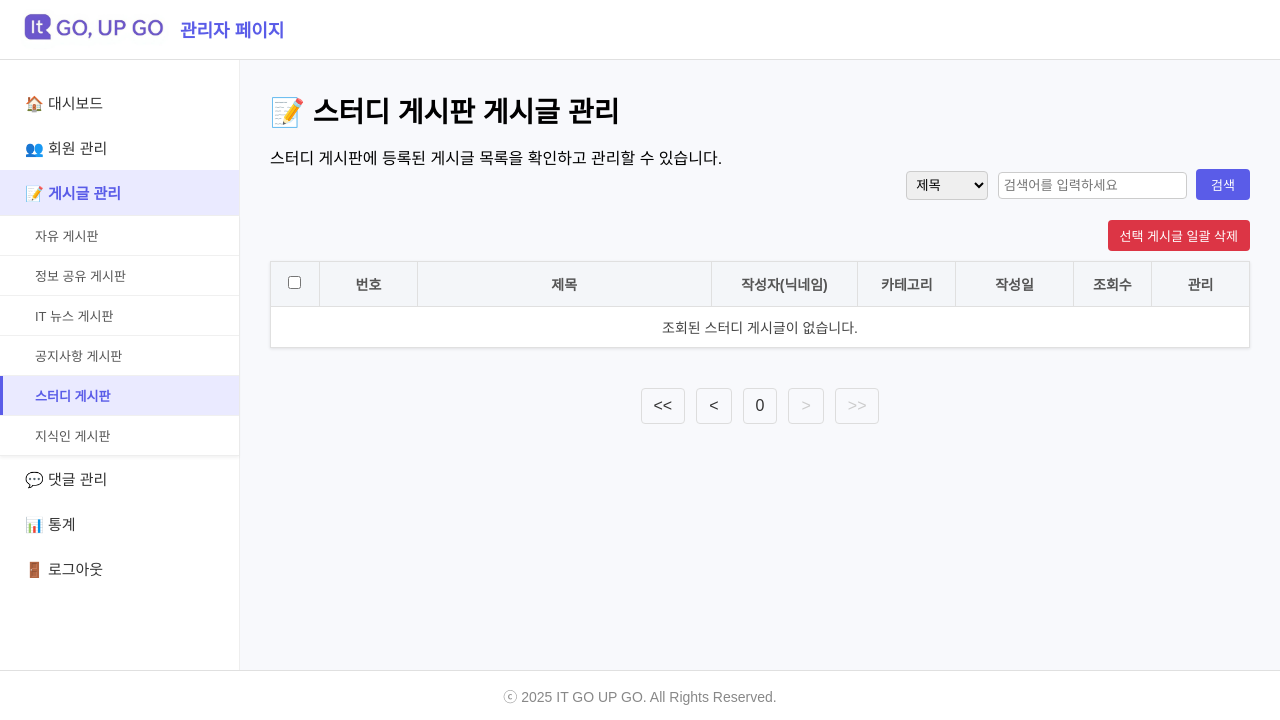
Repository: virtue5321/itgoupgo
Page: http://localhost/ITGOUPGO/WEB-INF/views/admin/studyBbsManage.jsp
An editor plug-in stored every save of this project. The page is shown before and after the next save, followed by the edit.
The browser window is 1280 px wide. The pictures show the whole page.
The page is served by Tomcat 10. Nobody is signed in. Other server files are loaded and not shown. The template is opened directly, without the code that normally fills it, so the values that code supplies are empty.

Above is the page before, as saved 2025-10-31 05:01:26.

### ITGOUPGO/src/main/webapp/WEB-INF/views/admin/studyBbsManage.jsp
<%@ page language="java" contentType="text/html; charset=UTF-8" pageEncoding="UTF-8"%>
<%@ taglib prefix="c" uri="jakarta.tags.core" %>
<%@ taglib prefix="fmt" uri="http://java.sun.com/jsp/jstl/fmt" %>

<!DOCTYPE html>
<html lang="ko">
<head>
    <meta charset="UTF-8">
    <title>스터디 게시판 관리</title>

    <link rel="stylesheet" href="<c:url value="/resources/css/adminStyle.css" />">
    <style>
        /* [UI 통일] IT 뉴스 게시판과 동일한 삭제 행 스타일 적용 */
        .deleted-post {
            background-color: #f8f8f8;
            color: #999;
        }
        .deleted-post a, .deleted-post .text-danger, .deleted-post .text-secondary {
            color: #999 !important;
        }
        .text-start { text-align: left; }
        .search-area { display: flex; justify-content: flex-end; margin-bottom: 20px; }
        .search-select, .search-input { padding: 5px; margin-right: 5px; border: 1px solid #ccc; border-radius: 4px; }
        .btn-search { background-color: #5a5ce8; color: white; border: none; padding: 6px 15px; cursor: pointer; border-radius: 4px; }
        .btn-search:hover { background-color: #4a4ce0; }

        /* 페이징 스타일 (IT 뉴스 게시판의 스타일이 adminStyle.css에 없다고 가정하고 기존 스타일 유지) */
        .pagination-container { display: flex; justify-content: center; padding: 20px 0; gap: 5px; }
        .pagination-container a, .pagination-container span { padding: 8px 12px; text-decoration: none; color: #333; border: 1px solid #ddd; border-radius: 4px; transition: background-color 0.3s; }
        .pagination-container a:hover { background-color: #f0f0f0; }
        .pagination-container .active { background-color: #5a5ce8; color: white; border-color: #5a5ce8; }
        .pagination-container .disabled { color: #ccc; cursor: default; }
    </style>
</head>
<body>

    <header>
        <div class="logo">
            <img src="<c:url value="/resources/images/logo1.PNG" />" width="80">
            관리자 페이지
        </div>
    </header>

    <div class="layout">
        <%-- ✅ 사이드바: 스터디 게시판 활성화 --%>
        <aside class="sidebar">
            <ul>
                <li><a href="<c:url value="/admin/dashboard" />">🏠 대시보드</a></li>
                <li><a href="<c:url value="/admin/member" />">👥 회원 관리</a></li>

                <li id="postManageMenu" class="menu-open">
                    <a href="javascript:void(0);" class="active" onclick="toggleSubmenu('postManageMenu')">📝 게시글 관리</a>

                    <ul class="submenu">
                        <li><a href="<c:url value="/admin/freeBbsManage" />">자유 게시판</a></li>
                        <li><a href="<c:url value="/admin/infoBbsManage" />">정보 공유 게시판</a></li>
                        <li><a href="<c:url value="/admin/itBbsManage" />">IT 뉴스 게시판</a></li>
                        <li><a href="<c:url value="/admin/noticeBbsManage" />">공지사항 게시판</a></li>
		                <li><a href="<c:url value="/admin/studyBbsManage" />" class="sub-active">스터디 게시판</a></li>
		                <li><a href="<c:url value="/admin/knowledgeBbsManage" />">지식인 게시판</a></li>
                    </ul>
                </li>

                <li><a href="<c:url value="/admin/reply" />">💬 댓글 관리</a></li>
                <li><a href="<c:url value="/admin/stats" />">📊 통계</a></li>
                <li><a href="<c:url value="/admin/logout" />">🚪 로그아웃</a></li>
            </ul>
        </aside>

        <main>
            <h1>📝 스터디 게시판 게시글 관리</h1>
            <p>스터디 게시판에 등록된 게시글 목록을 확인하고 관리할 수 있습니다.</p>

            <%-- [통일] 검색 폼과 버튼 영역 분리 --%>
            <div class="search-area">
                 <form action="searchStudy" method="GET" onsubmit="return validateSearch(this);">
                    <select name="condition" class="search-select">
                        <option value="title">제목</option>
                        <option value="content">내용</option>
                        <option value="writer">작성자</option>
                        <option value="category">카테고리</option>
                    </select>
                    <input type="text" name="keyword" class="search-input" placeholder="검색어를 입력하세요">
                    <button type="submit" class="btn btn-search">검색</button>
                </form>
            </div>

            <%-- [통일] 벌크 삭제 폼 (숨겨진 폼) --%>
            <form id="bulkDeleteForm" action="<c:url value="/admin/deleteStudyBbsCheck" />" method="post" style="display:none;"></form>

            <div style="display:flex; justify-content:flex-end; margin-bottom:10px;">
                <button class="btn btn-danger" onclick="confirmBulkDelete()">선택 게시글 일괄 삭제</button>
            </div>

            <table>
                <thead>
                    <tr>
                        <th style="width: 5%;"><input type="checkbox" id="selectAllCheckboxPost"></th>
                        <th style="width: 10%;">번호</th>
                        <th style="width: 30%;">제목</th>
                        <th style="width: 15%;">작성자(닉네임)</th>
                        <th style="width: 10%;">카테고리</th>
                        <th style="width: 12%;">작성일</th>
                        <th style="width: 8%;">조회수</th>
                        <th style="width: 10%;">관리</th>
                    </tr>
                </thead>
                <tbody>
                    <c:choose>
                        <c:when test="${!empty studyBbsList}">
                            <c:forEach var="post" items="${studyBbsList}">
                                <tr class="${post.studyDeleteStatus eq 'Y' ? 'deleted-post' : ''}">
                                    <td>
                                        <input type="checkbox" class="itemCheckboxPost" name="bbsNoList" value="${post.studyNo}"
                                            <c:if test="${post.studyDeleteStatus eq 'Y'}">disabled</c:if>>
                                    </td>
                                    <td>${post.studyNo}</td>
                                    <td class="text-start">
                                        <c:choose>
                                            <c:when test="${post.studyDeleteStatus eq 'Y'}">
                                                <span class="text-danger">❌ [삭제됨]</span> ${post.studyTitle}
                                            </c:when>
                                            <c:otherwise>
                                                <a href="<c:url value="/study/detail?no=${post.studyNo}" />" class="title-link" target="_blank">
                                                    ${post.studyTitle}
                                                </a>
                                            </c:otherwise>
                                        </c:choose>
                                    </td>
                                    <td>${post.memberNick}</td>
                                    <td>${post.studyCategory}</td>
                                    <td><fmt:formatDate value="${post.studyCreateDate}" pattern="yyyy-MM-dd" /></td>
                                    <td>${post.studyView}</td>
                                    <td class="action-cell">
                                        <c:choose>
                                            <c:when test="${post.studyDeleteStatus eq 'N'}">
                                                <button class="btn btn-danger"
                                                    onclick="deleteSinglePost(${post.studyNo})">
                                                    삭제
                                                </button>
                                            </c:when>
                                            <c:otherwise>
                                                <span class="text-secondary">삭제 완료</span>
                                            </c:otherwise>
                                        </c:choose>
                                    </td>
                                </tr>
                            </c:forEach>
                        </c:when>
                        <c:otherwise>
                            <tr>
                                <td colspan="8">조회된 스터디 게시글이 없습니다.</td>
                            </tr>
                        </c:otherwise>
                    </c:choose>
                </tbody>
            </table>

            <%-- [통일] 페이징 영역 --%>
            <div class="pagination-container">
                <c:set var="pi" value="${pageInfo}"/>
                <c:set var="pageLinkUrl" value="/admin/studyBbsManage" />
                <c:choose><c:when test="${pi.currentPage le 1}"><span class="disabled">&lt;&lt;</span></c:when><c:otherwise><a href="<c:url value="${pageLinkUrl}" />?currentPage=1">&lt;&lt;</a></c:otherwise></c:choose>
                <c:choose><c:when test="${pi.currentPage le 1}"><span class="disabled">&lt;</span></c:when><c:otherwise><a href="<c:url value="${pageLinkUrl}" />?currentPage=${pi.currentPage - 1}">&lt;</a></c:otherwise></c:choose>

                <c:forEach begin="${pi.startPage}" end="${pi.endPage}" var="p">
                    <c:choose><c:when test="${pi.currentPage eq p}"><span class="active">${p}</span></c:when><c:otherwise><a href="<c:url value="${pageLinkUrl}" />?currentPage=${p}">${p}</a></c:otherwise></c:choose>
                </c:forEach>

                <c:choose><c:when test="${pi.currentPage eq pi.maxPage || pi.maxPage eq 0}"><span class="disabled">&gt;</span></c:when><c:otherwise><a href="<c:url value="${pageLinkUrl}" />?currentPage=${pi.currentPage + 1}">&gt;</a></c:otherwise></c:choose>
                <c:choose><c:when test="${pi.currentPage eq pi.maxPage || pi.maxPage eq 0}"><span class="disabled">&gt;&gt;</span></c:when><c:otherwise><a href="<c:url value="${pageLinkUrl}" />?currentPage=${pi.maxPage}">&gt;&gt;</a></c:otherwise></c:choose>
            </div>

        </main>
    </div>

    <footer>ⓒ 2025 IT GO UP GO. All Rights Reserved.</footer>

    <script>
        function toggleSubmenu(menuId) { document.getElementById(menuId).classList.toggle('menu-open'); }

        // [통일] 단일 삭제 함수 (URL 수정)
        function deleteSinglePost(studyNo) {
            if(confirm(studyNo + '번 게시글을 정말 삭제(비활성화) 처리하시겠습니까?')) {
                location.href='<c:url value="/admin/deleteStudyBbs" />?studyNo=' + studyNo;
            }
        }

        // [통일] 일괄 삭제 함수 (폼 제출 방식 통일)
        function confirmBulkDelete() {
            const selectedCheckboxes = Array.from(document.querySelectorAll('.itemCheckboxPost:checked'))
                .filter(checkbox => !checkbox.closest('tr').classList.contains('deleted-post'));

            if (selectedCheckboxes.length === 0) {
                alert('일괄 삭제할 게시글을 1개 이상 선택해 주세요. (이미 삭제된 게시글은 제외됩니다.)');
                return;
            }

            if (confirm('총 ' + selectedCheckboxes.length + '건의 게시글을 일괄 삭제 처리하시겠습니까?')) {
                const form = document.getElementById('bulkDeleteForm');
                form.innerHTML = '';
                selectedCheckboxes.forEach(checkbox => {
                    const hiddenInput = document.createElement('input');
                    hiddenInput.type = 'hidden';
                    hiddenInput.name = 'bbsNoList'; // Controller의 @RequestParam 이름과 일치
                    hiddenInput.value = checkbox.value;
                    form.appendChild(hiddenInput);
                });
                form.submit();
            }
        }

        function validateSearch(form) {
            const keyword = form.keyword.value.trim();
            if (keyword === "") {
                alert("검색어를 입력해주세요.");
                return false;
            }
            return true;
        }

        document.addEventListener('DOMContentLoaded', (event) => {
            const selectAllCheckbox = document.getElementById('selectAllCheckboxPost');
            // [수정] 삭제된 게시글 제외한 체크박스만 대상으로 함
            const itemCheckboxes = document.querySelectorAll('.itemCheckboxPost:not(:disabled)');

            if (selectAllCheckbox) {
                selectAllCheckbox.addEventListener('change', function() {
                    itemCheckboxes.forEach(checkbox => {
                        checkbox.checked = this.checked;
                    });
                });
            }

            itemCheckboxes.forEach(checkbox => {
                checkbox.addEventListener('change', () => {
                    // [수정] 전체 개수는 disabled가 아닌 체크박스 개수로 계산
                    const checkedItems = document.querySelectorAll('.itemCheckboxPost:checked:not(:disabled)').length;
                    const totalItems = itemCheckboxes.length;

                    if (!checkbox.checked) {
                        if (selectAllCheckbox) selectAllCheckbox.checked = false;
                    } else if (checkedItems === totalItems) {
                        if (selectAllCheckbox) selectAllCheckbox.checked = true;
                    }
                });
            });

            // 페이지 로드 시 '게시글 관리' 메뉴를 열린 상태로 유지
            const postManageMenu = document.getElementById('postManageMenu');
            if (postManageMenu && !postManageMenu.classList.contains('menu-open')) {
                 postManageMenu.classList.add('menu-open');
            }
        });
    </script>
</body>
</html>

### ITGOUPGO/src/main/webapp/resources/css/adminStyle.css
* {
  margin: 0;
  padding: 0;
  box-sizing: border-box;
  font-family: "Noto Sans KR", sans-serif;
}

body {
  display: flex;
  flex-direction: column;
  height: 100vh;
  background-color: #f8f9fc;
}

/* -------------------- 1. 헤더 (로고 크기 조정 포함) -------------------- */
header {
  display: flex;
  align-items: center;
  justify-content: start;
  height: 60px;
  background-color: #ffffff;
  border-bottom: 1px solid #e0e0e0;
  padding: 0 20px;
}

header .logo {
  display: flex;
  align-items: center;
  gap: 10px;
  font-weight: 700;
  font-size: 18px;
  color: #5a5ce8;
}

header .logo img {
  width: 150px;
  height: auto;
  vertical-align: middle;
}

/* -------------------- 2. 레이아웃 및 사이드바 -------------------- */
.layout {
  flex: 1;
  display: flex;
  overflow: hidden;
}

/* 사이드바 */
aside.sidebar {
  width: 240px;
  background: #fff;
  border-right: 1px solid #eee;
  display: flex;
  flex-direction: column;
  align-items: center;
  padding-top: 20px;
}

.sidebar ul {
  list-style: none;
  width: 100%;
  padding: 0;
  margin: 0;
}

.sidebar li {
  width: 100%;
  text-align: left;
  position: relative;
}

.sidebar a {
  display: flex;
  align-items: center;
  gap: 10px;
  width: 100%;
  padding: 12px 25px;
  font-size: 15px;
  color: #333;
  text-decoration: none;
  cursor: pointer;
  transition: background 0.2s, color 0.2s;
}

/* 마우스 오버 시 효과 */
.sidebar a:hover {
  background-color: #f3f4f6;
  color: #5a5ce8;
}

/* 활성화된 항목 스타일 */
.sidebar a.active {
  background-color: #eaeaff;
  color: #5a5ce8;
  font-weight: 600;
}

/* -------------------- 3. 메인 콘텐츠 및 푸터 -------------------- */
main {
  flex: 1;
  padding: 30px;
  overflow-y: auto;
}

main h1 {
  font-size: 28px;
  font-weight: 700;
  margin-bottom: 15px;
}

/* 푸터 */
footer {
  height: 50px;
  background-color: #ffffff;
  border-top: 1px solid #e0e0e0;
  display: flex;
  align-items: center;
  justify-content: center;
  color: #888;
  font-size: 14px;
}


/* -------------------- 4. 테이블 및 버튼 스타일 -------------------- */
table {
    width: 100%;
    border-collapse: collapse;
    background: white;
    box-shadow: 0 1px 3px rgba(0,0,0,0.1);
}

table th {
    background-color: #f4f6f9;
    color: #555;
    font-weight: 600;
    padding: 12px 10px;
    border: 1px solid #e0e0e0;
    text-align: center;
    font-size: 14px;
}

table td {
    padding: 10px;
    border: 1px solid #e0e0e0;
    text-align: center;
    font-size: 14px;
    color: #444;
}

table tbody tr:nth-child(even) {
    background-color: #fcfdff;
}
table tbody tr:hover {
    background-color: #f0f7ff;
}

table td a {
    color: #5a5ce8;
    text-decoration: none;
}
table td a:hover {
    text-decoration: underline;
}

.btn {
    padding: 6px 12px;
    border-radius: 4px;
    cursor: pointer;
    font-size: 13px;
    font-weight: 500;
    border: none;
    transition: background-color 0.2s;
}

.btn-danger {
    background-color: #dc3545;
    color: white;
}
.btn-danger:hover {
    background-color: #c82333;
}

/* 페이지네이션 스타일 */
.pagination-container {
    margin-top: 20px;
    text-align: center;
}
.pagination-container a, .pagination-container span {
    display: inline-block;
    text-decoration: none;
    padding: 8px 12px;
    border: 1px solid #ccc;
    border-radius: 4px;
    margin: 0 3px;
    color: #5a5ce8;
}
.pagination-container .active {
    background: #5a5ce8;
    color: white;
    border-color: #5a5ce8;
    font-weight: 600;
}
.pagination-container a:hover:not(.active) {
    background-color: #f3f4f6;
}

/* -------------------- 5. 드롭다운 서브메뉴 스타일 (수정됨) -------------------- */

.submenu {
    list-style: none;
    padding-left: 0;
    margin: 0;
    max-height: 0;
    overflow: hidden;
    transition: max-height 0.3s ease-out;
    background-color: #FFFFFF; /* ✅ [수정] 배경색 흰색으로 변경 */
    border-top: 1px solid #eee; /* 드롭다운 시작 선 */
    border-bottom: 1px solid #eee; /* 드롭다운 끝 선 */
    box-shadow: 0 2px 3px rgba(0,0,0,0.05); /* 약간의 그림자 추가 */
}

.sidebar ul li.menu-open .submenu {
    max-height: 500px;
    transition: max-height 0.5s ease-in;
}

/* 서브 메뉴 li 항목에 하단 선 추가 */
.submenu li {
    border-bottom: 1px solid #f0f0f0; /* ✅ [추가] 각 항목 구분선 */
}
.submenu li:last-child {
    border-bottom: none; /* 마지막 항목의 구분선 제거 */
}


.submenu a {
    padding: 10px 25px 10px 35px;
    font-size: 13px; /* ✅ [수정] 글자 크기 작게 변경 */
    color: #555; /* 글자색은 진한 회색으로 변경 */
    gap: 0;
}

.submenu a:hover {
    color: #5a5ce8; /* 호버 시 메인 강조색 */
    background-color: #f3f4f6; /* 메인 메뉴 호버색과 통일 */
}

/* 활성화된 서브 메뉴 링크: 메인 활성화 색상과 동일한 원리로 설정 */
.submenu a.sub-active {
    color: #5a5ce8;
    font-weight: 600;
    background-color: #eaeaff; /* 메인 활성화 배경색과 통일 */
    border-left: 3px solid #5a5ce8; /* 강조를 위한 왼쪽 선 추가 */
    padding-left: 32px; /* 왼쪽 선 추가로 인해 들여쓰기 조정 */
}

After the next save:
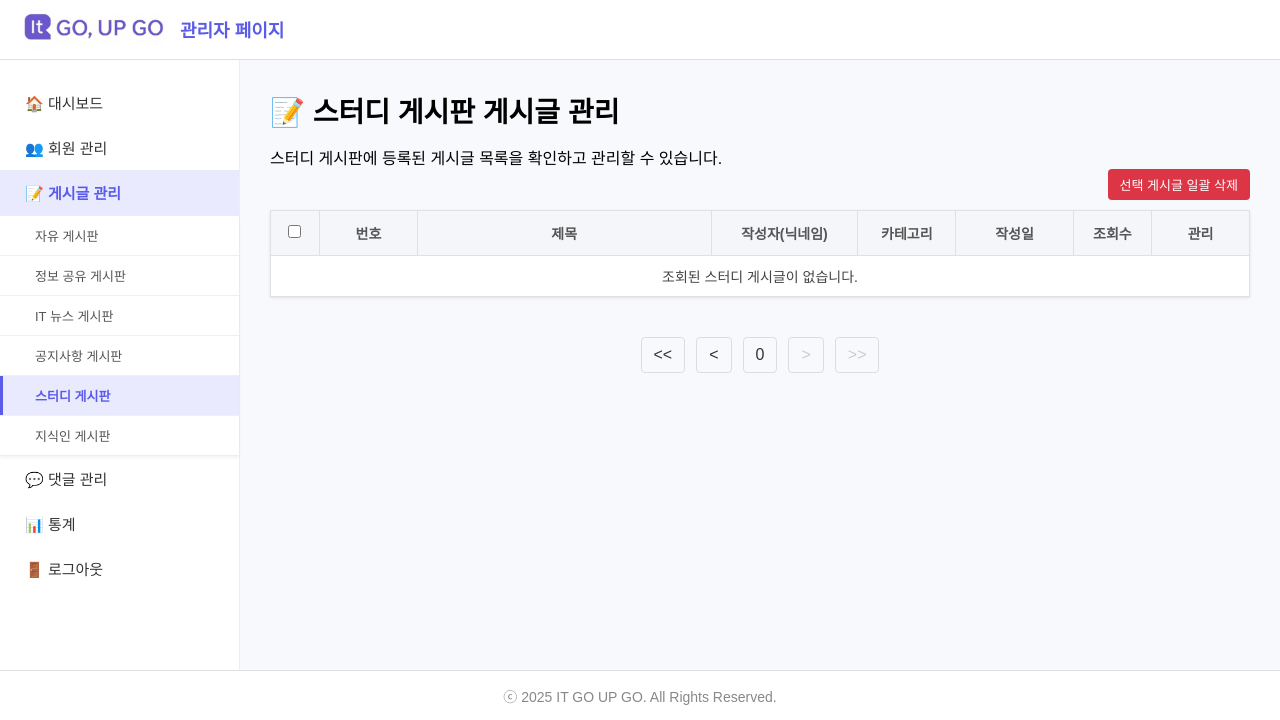
Saved 27 s later.
--- a/ITGOUPGO/src/main/webapp/WEB-INF/views/admin/studyBbsManage.jsp
+++ b/ITGOUPGO/src/main/webapp/WEB-INF/views/admin/studyBbsManage.jsp
@@ -71,19 +71,6 @@
             <h1>📝 스터디 게시판 게시글 관리</h1>
             <p>스터디 게시판에 등록된 게시글 목록을 확인하고 관리할 수 있습니다.</p>
 
-            <%-- [통일] 검색 폼과 버튼 영역 분리 --%>
-            <div class="search-area">
-                 <form action="searchStudy" method="GET" onsubmit="return validateSearch(this);">
-                    <select name="condition" class="search-select">
-                        <option value="title">제목</option>
-                        <option value="content">내용</option>
-                        <option value="writer">작성자</option>
-                        <option value="category">카테고리</option>
-                    </select>
-                    <input type="text" name="keyword" class="search-input" placeholder="검색어를 입력하세요">
-                    <button type="submit" class="btn btn-search">검색</button>
-                </form>
-            </div>
 
             <%-- [통일] 벌크 삭제 폼 (숨겨진 폼) --%>
             <form id="bulkDeleteForm" action="<c:url value="/admin/deleteStudyBbsCheck" />" method="post" style="display:none;"></form>
